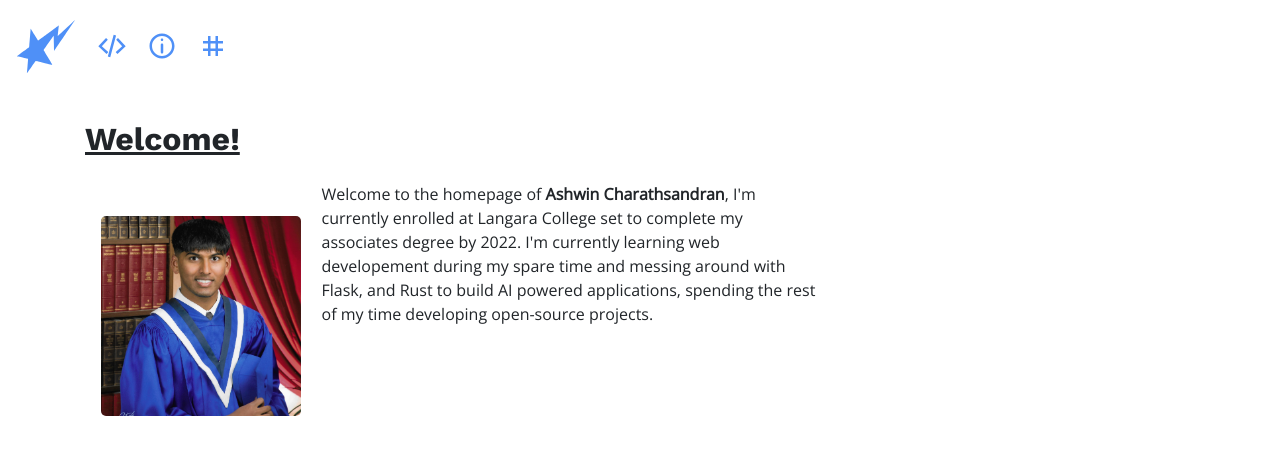
Repository: xxiz/ashwin.lol_flask
Page: http://localhost/
These files come from the project's save history. The page is drawn as it stood at one moment and after the next save; the edit follows.
The browser window is 1280 px wide. The pictures show the whole page.
The page is served by the project's application, run on Flask 3 (app.py).

Above is the page before, as saved 2021-08-31 17:35:21.

After the next save:
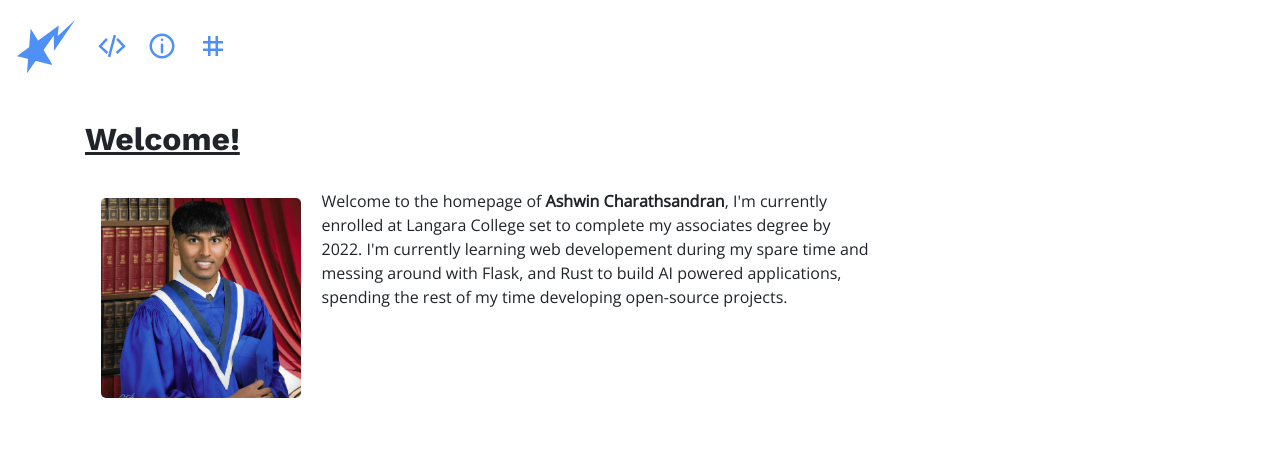
Saved 5 s later.
--- a/static/app.css
+++ b/static/app.css
@@ -20,7 +20,7 @@
 }
 
 .confined {
-    max-width: 500px;
+    max-width: 550px;
     display: inline-block;
 }
 

After the save that followed:
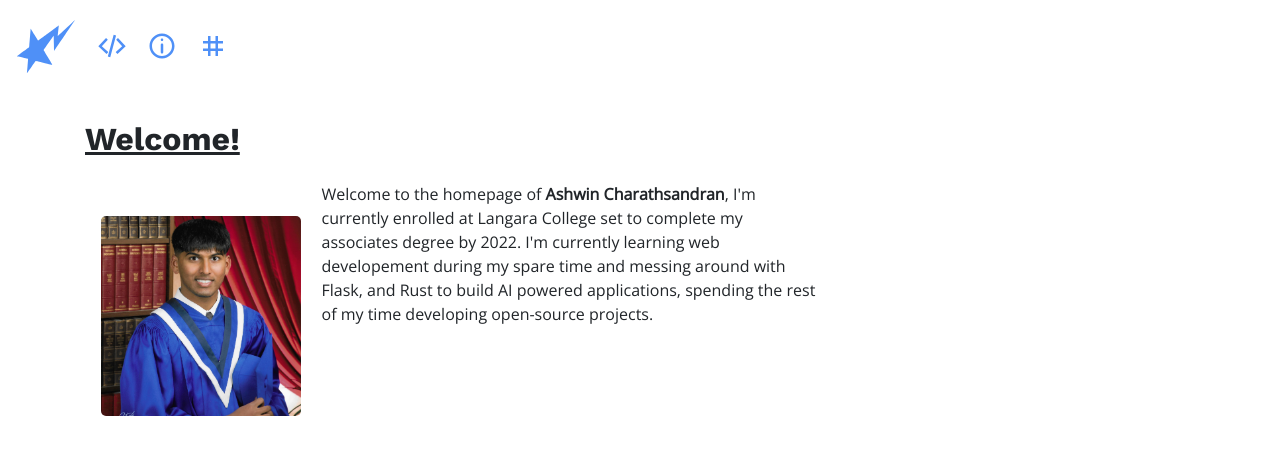
Saved 102 s later.
--- a/static/app.css
+++ b/static/app.css
@@ -20,7 +20,7 @@
 }
 
 .confined {
-    max-width: 550px;
+    max-width: 500px;
     display: inline-block;
 }
 
